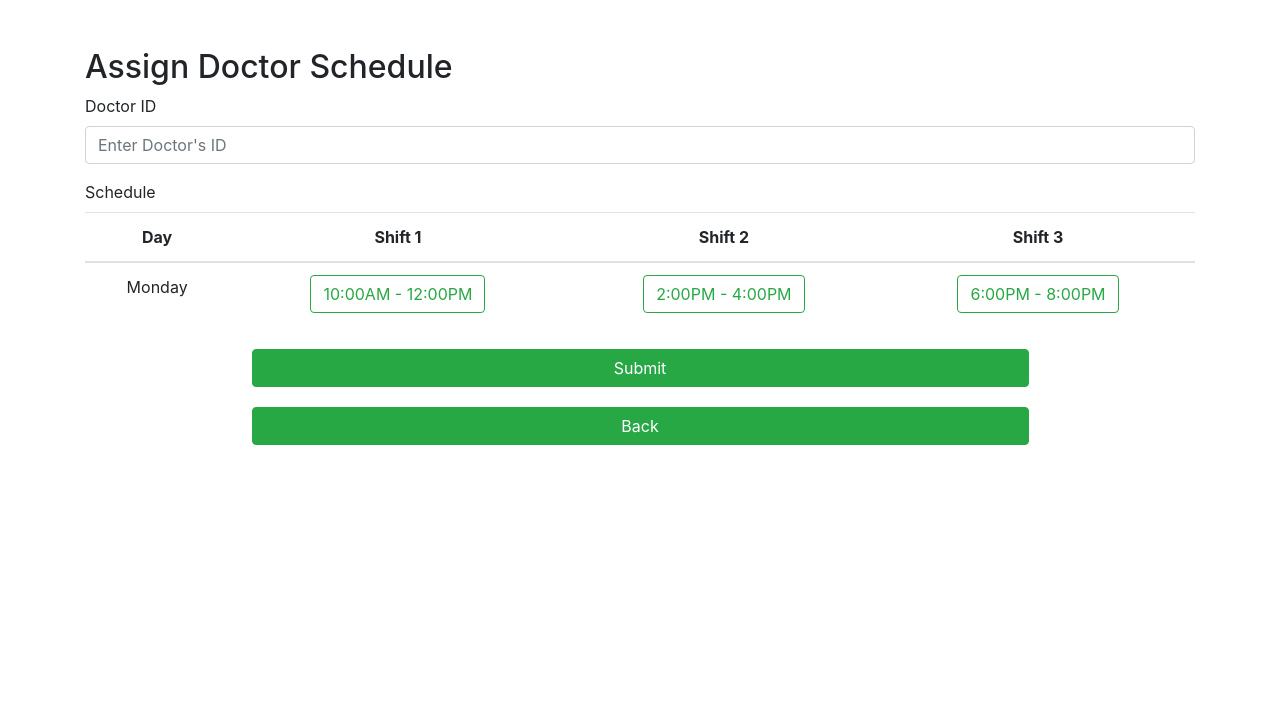
Repository: theonlymono/FitfinityHealthcareWebsiteJ2EE
Page: http://localhost/Fitfinity/DrSchedule.jsp
The author's editor kept a copy of each file at every save. The page is drawn from the files as they stood at one save, then again after the next save.
The browser window is 1280 px wide. The pictures show the whole page.
Some web libraries are served in a nearby version. The page is served by Tomcat 9.

Above is the page before, as saved 2024-02-27 19:22:19.

After the next save:
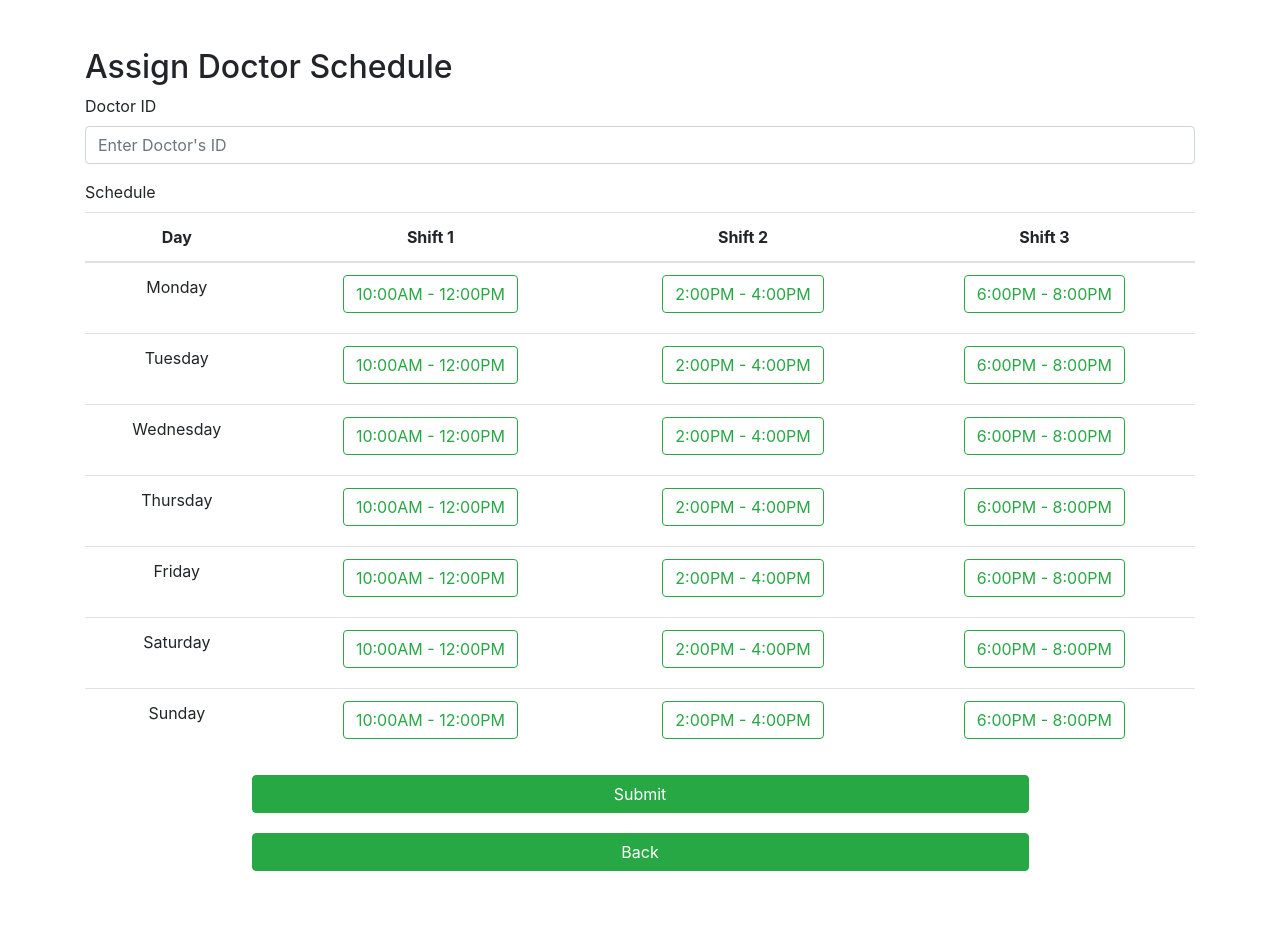
Saved 64 s later.
--- a/fitfinity/Fitfinity/WebContent/DrSchedule.jsp
+++ b/fitfinity/Fitfinity/WebContent/DrSchedule.jsp
@@ -80,8 +80,102 @@
                 <label for="mondayShift3" class="btn btn-outline-success shift-btn-label">6:00PM - 8:00PM</label>
               </td>
             </tr>
-            <!-- Repeat rows for other days -->
-            <!-- You can dynamically generate rows using server-side logic if needed -->
+            <!-- Tuesday -->
+            <tr>
+              <td>Tuesday</td>
+              <td>
+                <input type="checkbox" id="tuesdayShift1" class="shift-btn" name="shift" value="Tuesday,10:00AM - 12:00PM">
+                <label for="tuesdayShift1" class="btn btn-outline-success shift-btn-label">10:00AM - 12:00PM</label>
+              </td>
+              <td>
+                <input type="checkbox" id="tuesdayShift2" class="shift-btn" name="shift" value="Tuesday,2:00PM - 4:00PM">
+                <label for="tuesdayShift2" class="btn btn-outline-success shift-btn-label">2:00PM - 4:00PM</label>
+              </td>
+              <td>
+                <input type="checkbox" id="tuesdayShift3" class="shift-btn" name="shift" value="Tuesday,6:00PM - 8:00PM">
+                <label for="tuesdayShift3" class="btn btn-outline-success shift-btn-label">6:00PM - 8:00PM</label>
+              </td>
+            </tr>
+            <!-- Wednesday -->
+            <tr>
+              <td>Wednesday</td>
+              <td>
+                <input type="checkbox" id="wednesdayShift1" class="shift-btn" name="shift" value="Wednesday,10:00AM - 12:00PM">
+                <label for="wednesdayShift1" class="btn btn-outline-success shift-btn-label">10:00AM - 12:00PM</label>
+              </td>
+              <td>
+                <input type="checkbox" id="wednesdayShift2" class="shift-btn" name="shift" value="Wednesday,2:00PM - 4:00PM">
+                <label for="wednesdayShift2" class="btn btn-outline-success shift-btn-label">2:00PM - 4:00PM</label>
+              </td>
+              <td>
+                <input type="checkbox" id="wednesdayShift3" class="shift-btn" name="shift" value="Wednesday,6:00PM - 8:00PM">
+                <label for="wednesdayShift3" class="btn btn-outline-success shift-btn-label">6:00PM - 8:00PM</label>
+              </td>
+            </tr>
+            <!-- Thursday -->
+            <tr>
+              <td>Thursday</td>
+              <td>
+                <input type="checkbox" id="thursdayShift1" class="shift-btn" name="shift" value="Thursday,10:00AM - 12:00PM">
+                <label for="thursdayShift1" class="btn btn-outline-success shift-btn-label">10:00AM - 12:00PM</label>
+              </td>
+              <td>
+                <input type="checkbox" id="thursdayShift2" class="shift-btn" name="shift" value="Thursday,2:00PM - 4:00PM">
+                <label for="thursdayShift2" class="btn btn-outline-success shift-btn-label">2:00PM - 4:00PM</label>
+              </td>
+              <td>
+                <input type="checkbox" id="thursdayShift3" class="shift-btn" name="shift" value="Thursday,6:00PM - 8:00PM">
+                <label for="thursdayShift3" class="btn btn-outline-success shift-btn-label">6:00PM - 8:00PM</label>
+              </td>
+            </tr>
+            <!-- Friday -->
+            <tr>
+              <td>Friday</td>
+              <td>
+                <input type="checkbox" id="fridayShift1" class="shift-btn" name="shift" value="Friday,10:00AM - 12:00PM">
+                <label for="fridayShift1" class="btn btn-outline-success shift-btn-label">10:00AM - 12:00PM</label>
+              </td>
+              <td>
+                <input type="checkbox" id="fridayShift2" class="shift-btn" name="shift" value="Friday,2:00PM - 4:00PM">
+                <label for="fridayShift2" class="btn btn-outline-success shift-btn-label">2:00PM - 4:00PM</label>
+              </td>
+              <td>
+                <input type="checkbox" id="fridayShift3" class="shift-btn" name="shift" value="Friday,6:00PM - 8:00PM">
+                <label for="fridayShift3" class="btn btn-outline-success shift-btn-label">6:00PM - 8:00PM</label>
+              </td>
+            </tr>
+            <!-- Saturday -->
+            <tr>
+              <td>Saturday</td>
+              <td>
+                <input type="checkbox" id="saturdayShift1" class="shift-btn" name="shift" value="Saturday,10:00AM - 12:00PM">
+                <label for="saturdayShift1" class="btn btn-outline-success shift-btn-label">10:00AM - 12:00PM</label>
+              </td>
+              <td>
+                <input type="checkbox" id="saturdayShift2" class="shift-btn" name="shift" value="Saturday,2:00PM - 4:00PM">
+                <label for="saturdayShift2" class="btn btn-outline-success shift-btn-label">2:00PM - 4:00PM</label>
+              </td>
+              <td>
+                <input type="checkbox" id="saturdayShift3" class="shift-btn" name="shift" value="Saturday,6:00PM - 8:00PM">
+                <label for="saturdayShift3" class="btn btn-outline-success shift-btn-label">6:00PM - 8:00PM</label>
+              </td>
+            </tr>
+            <!-- Sunday -->
+            <tr>
+              <td>Sunday</td>
+              <td>
+                <input type="checkbox" id="sundayShift1" class="shift-btn" name="shift" value="Sunday,10:00AM - 12:00PM">
+                <label for="sundayShift1" class="btn btn-outline-success shift-btn-label">10:00AM - 12:00PM</label>
+              </td>
+              <td>
+                <input type="checkbox" id="sundayShift2" class="shift-btn" name="shift" value="Sunday,2:00PM - 4:00PM">
+                <label for="sundayShift2" class="btn btn-outline-success shift-btn-label">2:00PM - 4:00PM</label>
+              </td>
+              <td>
+                <input type="checkbox" id="sundayShift3" class="shift-btn" name="shift" value="Sunday,6:00PM - 8:00PM">
+                <label for="sundayShift3" class="btn btn-outline-success shift-btn-label">6:00PM - 8:00PM</label>
+              </td>
+            </tr>
           </tbody>
         </table>
       </div>
